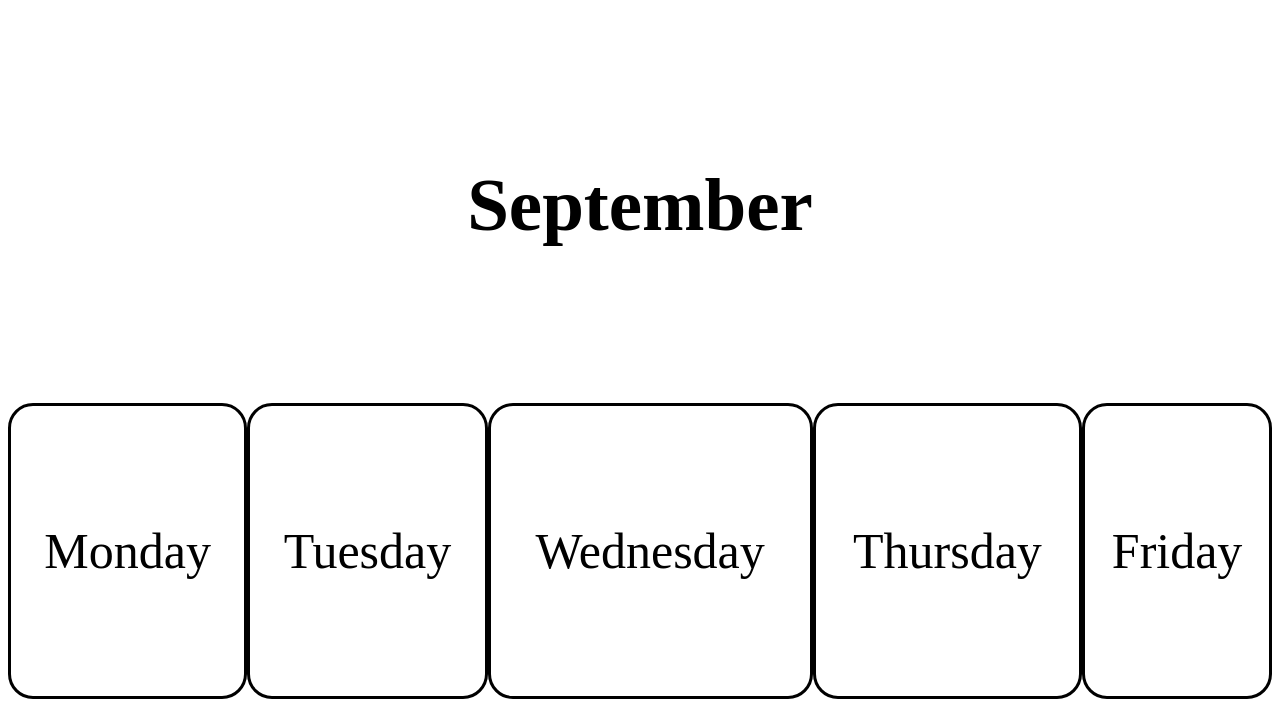
Repository: shleewhite/missionBitCalendar
Page: views/sep.html
The author's editor kept a record of every edit. The page is drawn from the files as they stood at one moment, then again after the next edit.
The browser window is 1280 px wide. The pictures show the whole page.

Above is the page before.

After the next edit:
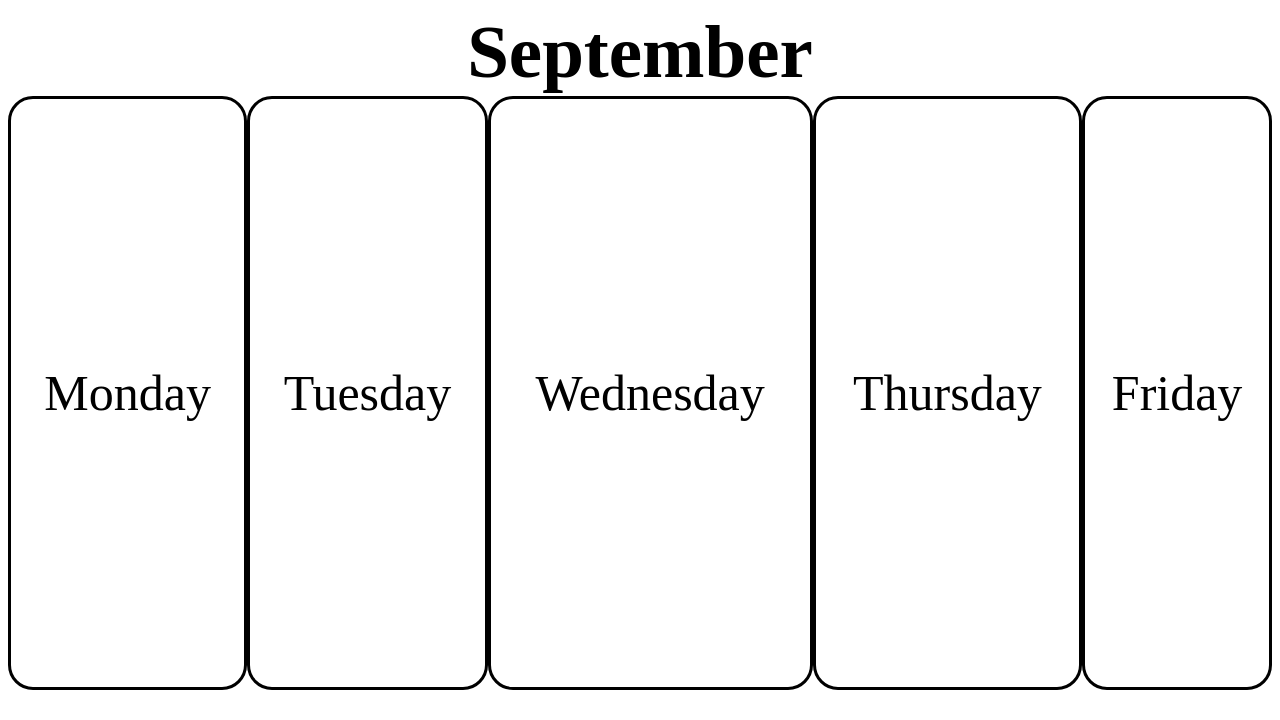
The edit:
--- a/views/sep.html
+++ b/views/sep.html
@@ -6,18 +6,19 @@
         <table id="monthTable">
             <thead>
                  <th class="monthHeader" colspan="5">September</th>
-            </tablehead>
-
-            <tr>
-                <td class="weekday">Monday</td>
-                <td class="weekday">Tuesday</td>
-                <td class="weekday">Wednesday</td>
-                <td class="weekday">Thursday</td>
-                <td class="weekday">Friday</td>
-            </tr>
-            <tr>
-                <td></td>
-            </tr>
+            </thead>
+            <tbody>
+                <tr>
+                    <td class="weekday">Monday</td>
+                    <td class="weekday">Tuesday</td>
+                    <td class="weekday">Wednesday</td>
+                    <td class="weekday">Thursday</td>
+                    <td class="weekday">Friday</td>
+                </tr>
+                <tr>
+                    <td></td>
+                </tr>
+            </tbody>
         </table>
     </body>
 </html>
